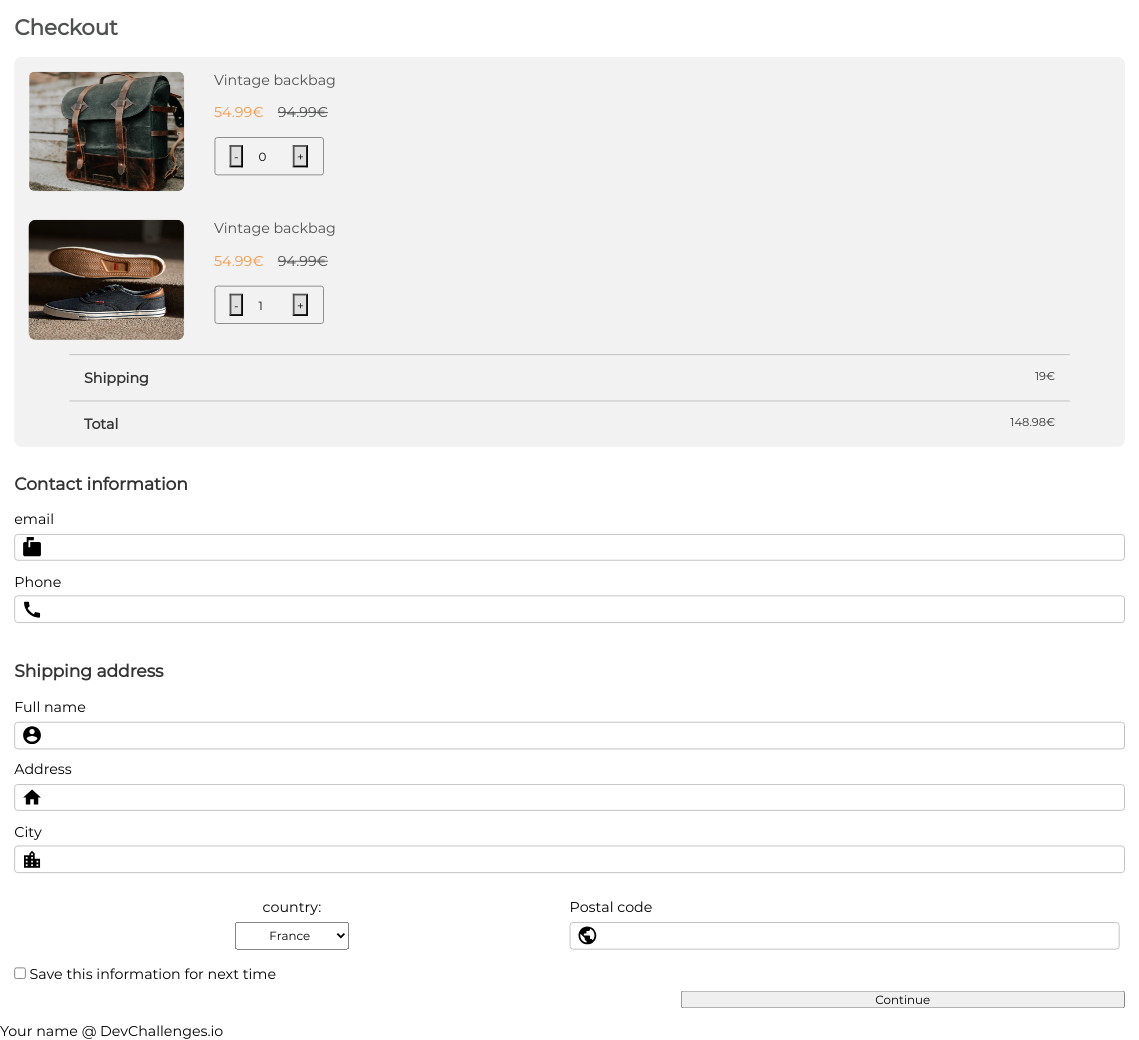
Repository: dubar-jeremy/checkout-page-master
Page: index.html
These files come from the project's save history. The page is drawn as it stood at one moment and after the next save; the edit follows.
The browser window is 1280 px wide. The pictures show the whole page, at 89% of full size.
The style sheet was rebuilt from its Sass, Less or Tailwind sources for each picture, by a compiler version that may differ from the author's.

Above is the page before, as saved 2021-01-31 01:47:08.

After the next save:
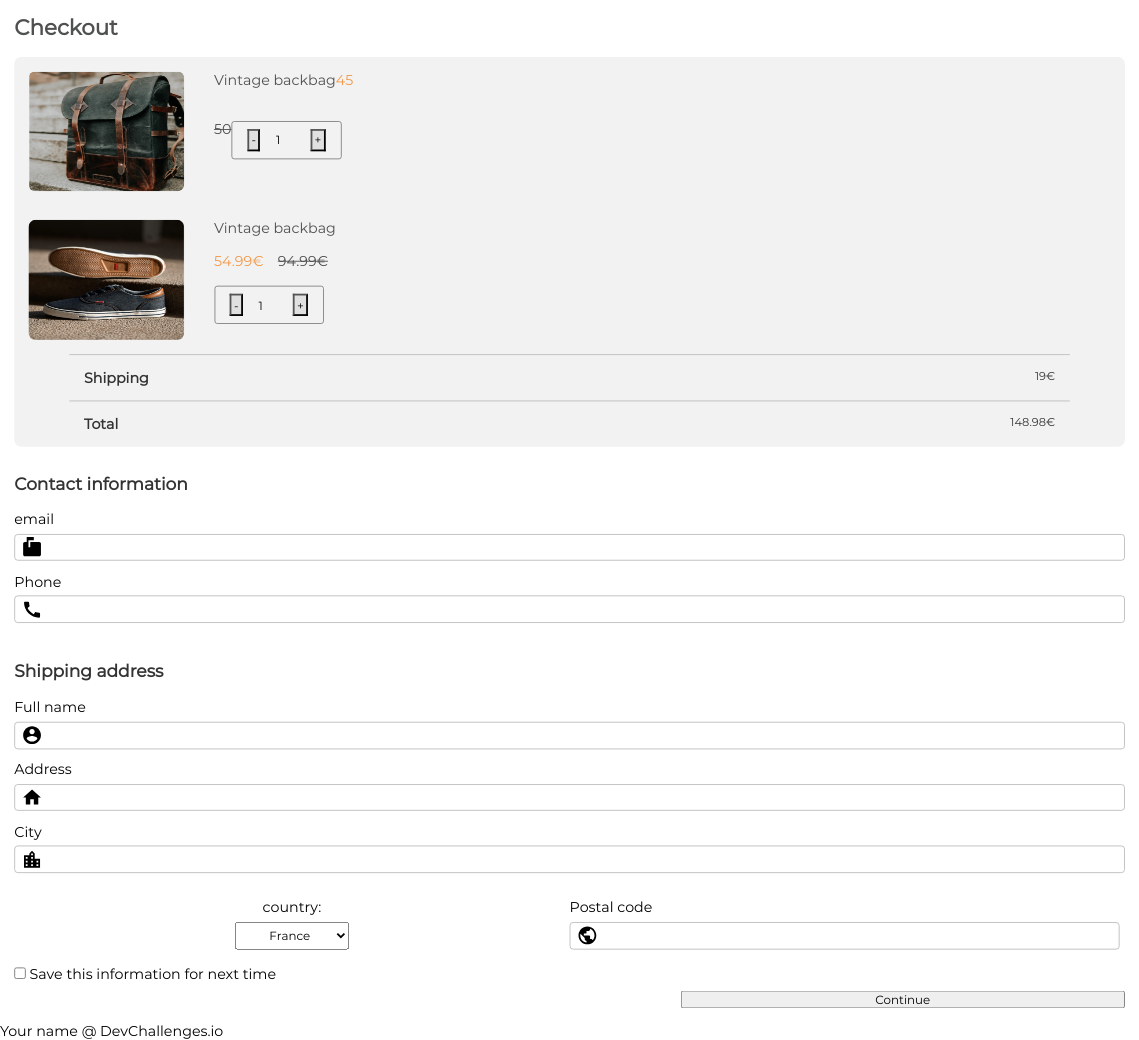
Saved 32 s later.
--- a/js/form.js
+++ b/js/form.js
@@ -5,7 +5,7 @@
 
   let i = 0;
   let initialPrice = 50;
-  //let newPrice = increase();
+  let newPrice = increase();
   function increase()
   {
     // price * 10 / 100 = 10% reduce
@@ -13,14 +13,10 @@
 
     let items = document.querySelector(".nbr-value").value = i;
     let qty = parseInt(items);
-    let priceBeforeDiscount = initialPrice * qty;
-    console.log(priceBeforeDiscount);
-    let test = document.querySelector(".old-price").innerHTML = priceBeforeDiscount;
-    console.log(test);
+    let newPrice = initialPrice * qty;
 
-
-    newPrice -= priceBeforeDiscount * 10 / 100;
-    console.log(newPrice);
+    document.querySelector(".old-price").innerHTML = newPrice;
+    newPrice -= newPrice * 10 / 100;
     document.querySelector(".new-price").innerHTML = newPrice;
 
     return newPrice;

After the 3 saves that followed:
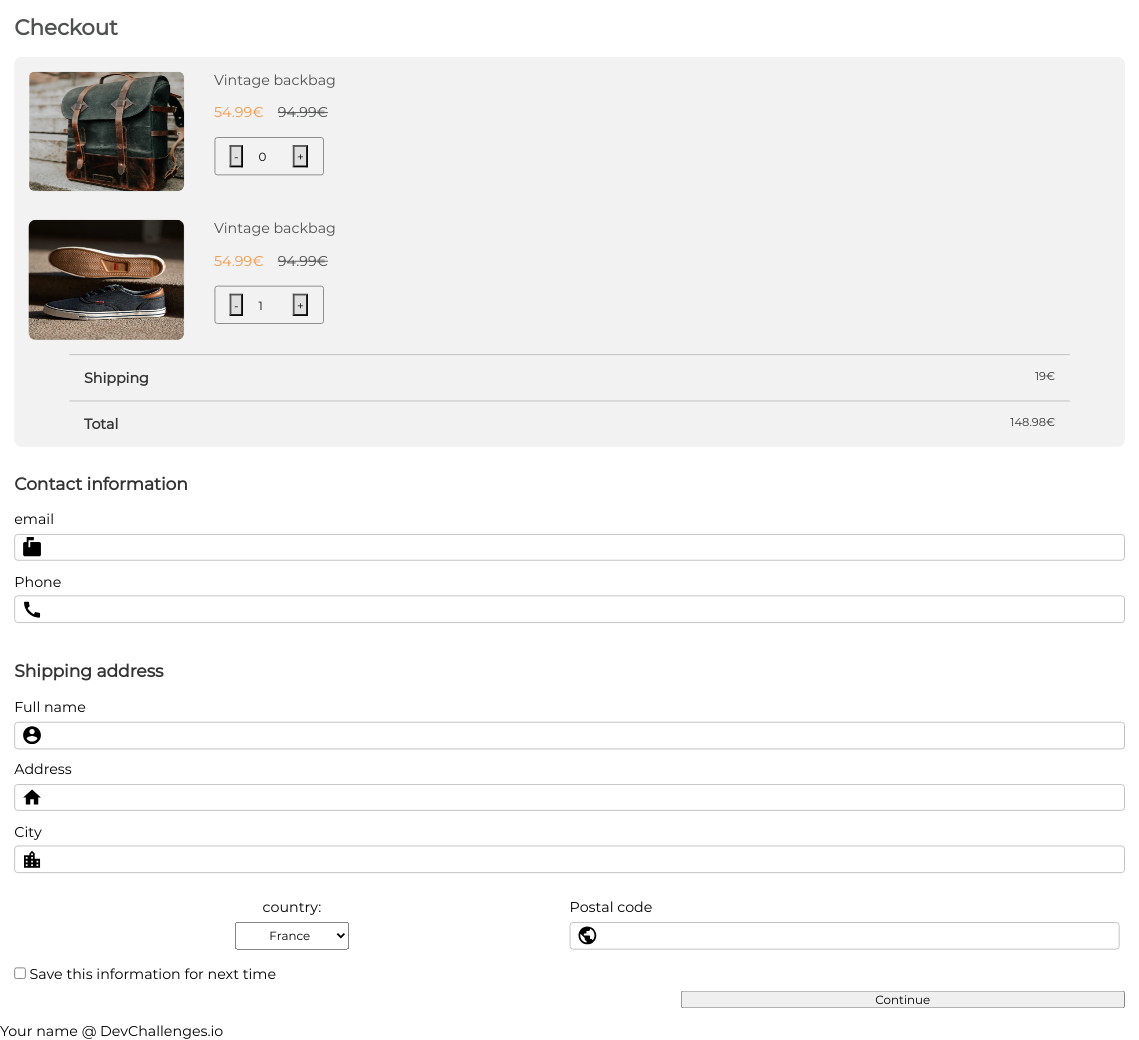
Console error: SyntaxError: Identifier 'newPrice' has already been declared
The 3 saves are shown as one change because 2 left the picture as it was.
The last was saved 4 min 37 s later.
--- a/js/form.js
+++ b/js/form.js
@@ -15,11 +15,16 @@
     let qty = parseInt(items);
     let newPrice = initialPrice * qty;
 
-    document.querySelector(".old-price").innerHTML = newPrice;
+    let priceBeforeDiscount = newPrice; // obligé de re assigner ici plutot qu'à la ligne du dessus sinon erreur ??
+    document.querySelector(".old-price").innerHTML = priceBeforeDiscount;
+
     newPrice -= newPrice * 10 / 100;
-    document.querySelector(".new-price").innerHTML = newPrice;
 
-    return newPrice;
+    let newPrice = priceAfterDiscount;
+
+    document.querySelector(".new-price").innerHTML = priceAfterDiscount;
+
+    return priceAfterDiscount;
   }
 
   function decrease()
